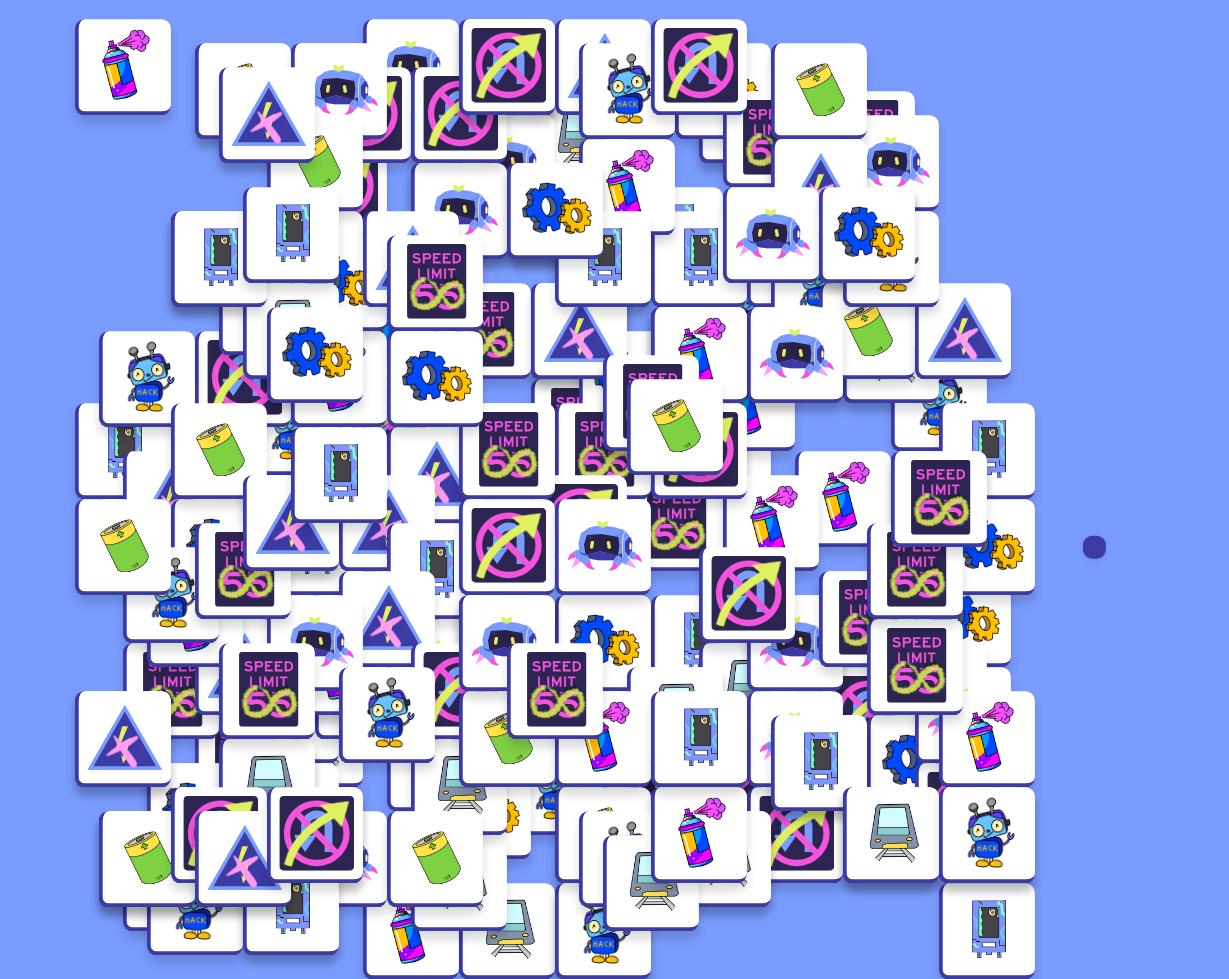
Repository: Avril-Cui/hack-puzzle
Page: / (app in client/)
The author's editor kept a copy of each file at every save. The page is drawn from the files as they stood at one save, then again after the next save.
The browser window is 1280 px wide. The pictures show the whole page, at 96% of full size.
The project was rebuilt for these pictures with package versions that can differ from the ones it lists, and the page was loaded fresh each time. The framework's server and built-in components were replaced by stand-ins that run in the browser. Also part of the build but not shown: client/next.config.ts.

Above is the page before, as saved 2025-06-11 19:47:58.

After the next save:
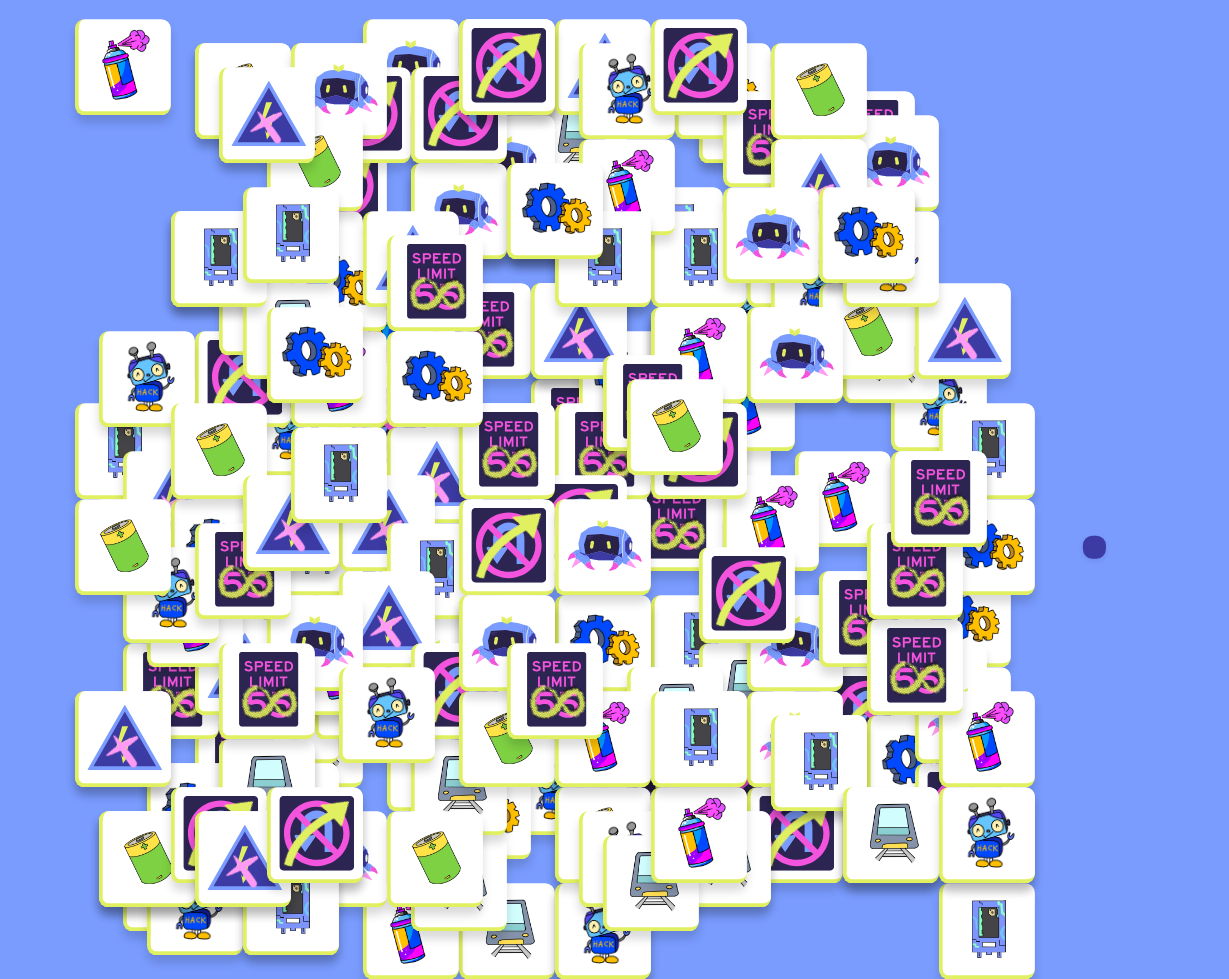
Saved 19 s later.
--- a/client/components/Game.module.css
+++ b/client/components/Game.module.css
@@ -20,8 +20,8 @@
   background: white;
   border-radius: 10px;
   font-size: 40px;
-  border-left: 4px solid #3C3AA3;
-  border-bottom: 4px solid #3C3AA3;
+  border-left: 4px solid #E1F060;
+  border-bottom: 4px solid #E1F060;
   display: flex;
   align-items: center;
   justify-content: center;
